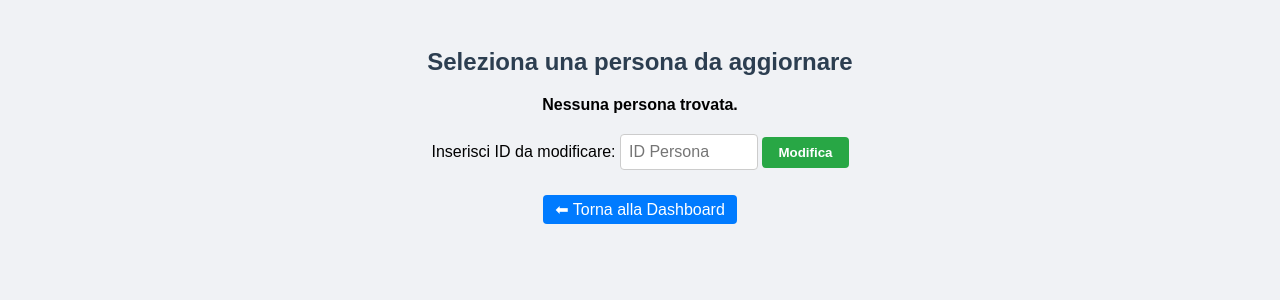
Repository: PcarloP/java_se
Page: http://localhost/anagraficaweb/update
These files come from the project's save history. The page is drawn as it stood at one moment and after the next save; the edit follows.
The browser window is 1280 px wide. The pictures show the whole page.
The page is served by Tomcat 10. Other server files are loaded and not shown. Queries for data that is not in the repository find no rows.

Above is the page before, as saved 2025-06-22 21:59:00.

### anagraficaweb/WebContent/updatesetter.jsp
<%@ page language="java" contentType="text/html; charset=UTF-8" import="java.util.List, it.promimpresa.anagrafica.modello.Persona" %>
<!DOCTYPE html>
<html lang="it">
<head>
    <meta charset="UTF-8">
    <title>Lista Persone da Aggiornare</title>
    <style>
        body {
            font-family: Arial, sans-serif;
            background-color: #f0f2f5;
            padding: 20px;
        }
        h2 {
            text-align: center;
            color: #2c3e50;
        }
        table {
            margin: auto;
            width: 80%;
            border-collapse: collapse;
            background-color: #fff;
            box-shadow: 0 0 8px rgba(0,0,0,0.1);
        }
        th, td {
            padding: 12px;
            border: 1px solid #ddd;
            text-align: center;
        }
        th {
            background-color: #007bff;
            color: white;
        }
        a.button {
            padding: 6px 12px;
            background-color: #007bff;
            color: white;
            border-radius: 4px;
            text-decoration: none;
        }
        a.button:hover {
            background-color: #0056b3;
        }
        form#modificaForm {
            text-align: center;
            margin: 20px auto;
        }
        form#modificaForm input[type="text"] {
            padding: 8px;
            width: 120px;
            border-radius: 4px;
            border: 1px solid #ccc;
            font-size: 1em;
        }
        form#modificaForm button {
            padding: 8px 16px;
            background-color: #28a745;
            color: white;
            border: none;
            border-radius: 4px;
            font-weight: bold;
            cursor: pointer;
        }
        form#modificaForm button:hover {
            background-color: #218838;
        }
        .back-button {
            text-align: center;
            margin-top: 30px;
        }
    </style>
</head>
<body>

<h2>Seleziona una persona da aggiornare</h2>

<%
    List<Persona> persone = (List<Persona>) request.getAttribute("persone");
    if (persone != null && !persone.isEmpty()) {
%>
    <table>
        <thead>
            <tr>
                <th>ID</th>
                <th>Nome</th>
                <th>Cognome</th>
                <th>Codice Fiscale</th>
                <th>Data Nascita</th>
                <th>Modifica</th>
            </tr>
        </thead>
        <tbody>
        <%
            for (Persona p : persone) {
        %>
            <tr>
                <td><%= p.getId() %></td>
                <td><%= p.getNome() %></td>
                <td><%= p.getCognome() %></td>
                <td><%= p.getCF() %></td>
                <td><%= p.getDataNascita() %></td>
                <td>
                    <a class="button" href="<%=request.getContextPath()%>/update?id=<%= p.getId() %>">Modifica</a>
                </td>
            </tr>
        <%
            }
        %>
        </tbody>
    </table>
<%
    } else {
%>
    <p style="text-align: center; font-weight: bold;">Nessuna persona trovata.</p>
<%
    }
%>

<form id="modificaForm" action="<%=request.getContextPath()%>/update" method="get">
    <label for="id">Inserisci ID da modificare:</label>
    <input type="text" id="id" name="id" required placeholder="ID Persona" />
    <button type="submit">Modifica</button>
</form>

<div class="back-button">
    <a class="button" href="<%=request.getContextPath()%>/dashboard.jsp">⬅ Torna alla Dashboard</a>
</div>

</body>
</html>

### anagraficaweb/src/main/java/it/promimpresa/anagrafica/controllo/Update.java
package it.promimpresa.anagrafica.controllo;

import jakarta.servlet.ServletException;
import jakarta.servlet.annotation.WebServlet;
import jakarta.servlet.http.HttpServlet;
import jakarta.servlet.http.HttpServletRequest;
import jakarta.servlet.http.HttpServletResponse;
import java.io.IOException;
import java.time.LocalDate;
import java.time.LocalDateTime;
import java.time.format.DateTimeParseException;
import java.util.List;

import it.promimpresa.anagrafica.modello.Persona;
import it.promimpresa.anagrafica.persistenza.DAOException;
import it.promimpresa.anagrafica.persistenza.persistenza.impl.PersonaDAOImpl;

/**
 * Servlet implementation class Update
 */
@WebServlet("/update")
public class Update extends HttpServlet {
	private static final long serialVersionUID = 1L;
	private static PersonaDAOImpl personaDAO = new PersonaDAOImpl();

    /**
     * @see HttpServlet#HttpServlet()
     */
    public Update() {
        super();
        // TODO Auto-generated constructor stub
    }

	/**
	 * @see HttpServlet#doGet(HttpServletRequest request, HttpServletResponse response)
	 */
	protected void doGet(HttpServletRequest request, HttpServletResponse response) throws ServletException, IOException {

		String idParam = request.getParameter("id");
		 try {
	            if (idParam == null) {
	                // Nessun ID: mostra l'elenco delle persone da modificare
	                List<Persona> persone = personaDAO.findAll();
	                request.setAttribute("persone", persone);
	                request.getRequestDispatcher("/updatesetter.jsp").forward(request, response);
	            } else {
	                // Con ID: carica la persona specifica e mostra la pagina con form di modifica
	                int id = Integer.parseInt(idParam);
	                Persona persona = personaDAO.findById(id);

	                if (persona != null) {
	                    request.setAttribute("persone", personaDAO.findAll()); // per mostrare sempre la lista
	                    request.setAttribute("persona", persona);
	                    request.getRequestDispatcher("/updatesetter.jsp").forward(request, response);
	                } else {
	                    request.setAttribute("messaggio", "Persona con ID " + id + " non trovata.");
	                    request.setAttribute("persone", personaDAO.findAll());
	                    request.getRequestDispatcher("/updatesetter.jsp").forward(request, response);
	                }
	            }
	        } catch (DAOException | NumberFormatException e) {
	            request.setAttribute("messaggio", "Errore durante il caricamento dei dati.");
	            request.getRequestDispatcher("/dashboard.jsp").forward(request, response);
	        }
		}








	/**
	 * @see HttpServlet#doPost(HttpServletRequest request, HttpServletResponse response)
	 */
	protected void doPost(HttpServletRequest request, HttpServletResponse response) throws ServletException, IOException {

		 try {
	            String idParam = request.getParameter("id");
	            String nome = request.getParameter("nome");
	            String cognome = request.getParameter("cognome");
	            String cf = request.getParameter("cf");
	            String dataNascitaParam = request.getParameter("dataNascita");

	            if (idParam == null || idParam.isEmpty()) {
	                request.setAttribute("messaggio", "ID persona mancante per l'aggiornamento.");
	                doGet(request, response);
	                return;
	            }

	            int id = Integer.parseInt(idParam);
	            Persona persona = personaDAO.findById(id);

	            if (persona == null) {
	                request.setAttribute("messaggio", "Persona con ID " + id + " non trovata.");
	                doGet(request, response);
	                return;
	            }

	            // Aggiorna i dati
	            persona.setNome(nome);
	            persona.setCognome(cognome);
	            persona.setCF(cf);

	            if (dataNascitaParam != null && !dataNascitaParam.isEmpty()) {
	                try {
	                    LocalDate dataNascita = LocalDate.parse(dataNascitaParam);
	                    persona.setDataNascita(dataNascita.atStartOfDay());
	                } catch (DateTimeParseException e) {
	                    request.setAttribute("messaggio", "Data di nascita non valida, ignorata.");
	                }
	            } else {
	                persona.setDataNascita(null);
	            }

	            // Aggiorna nel DB
	            personaDAO.update(persona);

	            request.setAttribute("messaggio", "Persona aggiornata con successo!");
	        } catch (DAOException | NumberFormatException e) {
	            request.setAttribute("messaggio", "Errore durante l'aggiornamento.");
	        }

	        // Dopo l’aggiornamento ricarica la lista senza form di modifica
	        try {
	            List<Persona> persone = personaDAO.findAll();
	            request.setAttribute("persone", persone);
	        } catch (DAOException e) {
	            request.setAttribute("messaggio", "Errore nel caricamento della lista dopo aggiornamento.");
	        }
	        request.getRequestDispatcher("/updatesetter.jsp").forward(request, response);
	    }
}

### anagraficaweb/src/main/java/it/promimpresa/anagrafica/persistenza/DataSource.java
package it.promimpresa.anagrafica.persistenza;

import java.sql.DriverManager;
import java.sql.SQLException;

import com.sun.jdi.connect.spi.Connection;

public class DataSource {

	private static final String URL = "jdbc:mysql://localhost:3306/anagrafica_db";
	private static final String USER = "root";
	private static final String PASSWORD = "";
	private static final String DRIVER = "com.mysql.cj.jdbc.Driver";

	static {
		try {
			Class.forName(DRIVER);
		} catch (ClassNotFoundException e) {
			System.out.println(e.getMessage());
		}
	}

	public static java.sql.Connection getConnection() throws SQLException {
		return DriverManager.getConnection(URL, USER, PASSWORD);
	}
}

### anagraficaweb/src/main/java/it/promimpresa/anagrafica/persistenza/DBUtil.java
package it.promimpresa.anagrafica.persistenza;

import java.sql.*;

public class DBUtil {

	private DBUtil() {
	}

	public static void close(ResultSet rs) {
		try {
			if (rs != null) {
				rs.close();
			}
		} catch (SQLException e) {
			System.out.println(e.getMessage());
		}
	}

	public static void close(PreparedStatement statement) {
		try {
			if (statement != null) {
				statement.close();
			}
		} catch (SQLException e) {
			System.out.println(e.getMessage());
		}
	}

	public static void close(Connection connection) {
		try {
			if (connection != null) {
				connection.close();
			}
		} catch (SQLException e) {
			System.out.println(e.getMessage());
		}
	}

}

After the next save:
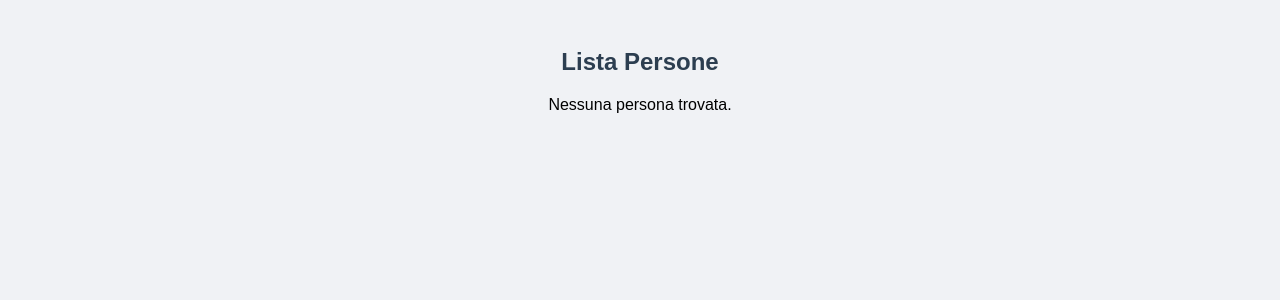
Saved 4 min 22 s later.
--- a/anagraficaweb/WebContent/updatesetter.jsp
+++ b/anagraficaweb/WebContent/updatesetter.jsp
@@ -2,8 +2,8 @@
 <!DOCTYPE html>
 <html lang="it">
 <head>
-    <meta charset="UTF-8">
-    <title>Lista Persone da Aggiornare</title>
+    <meta charset="UTF-8" />
+    <title>Aggiorna Persona</title>
     <style>
         body {
             font-family: Arial, sans-serif;
@@ -36,94 +36,108 @@
             color: white;
             border-radius: 4px;
             text-decoration: none;
+            cursor: pointer;
         }
         a.button:hover {
             background-color: #0056b3;
         }
-        form#modificaForm {
-            text-align: center;
-            margin: 20px auto;
+        form.update-form {
+            width: 80%;
+            max-width: 600px;
+            margin: 30px auto;
+            background: white;
+            padding: 20px;
+            border-radius: 8px;
+            box-shadow: 0 0 10px #aaa;
         }
-        form#modificaForm input[type="text"] {
+        form.update-form label {
+            display: block;
+            margin-top: 10px;
+            font-weight: bold;
+        }
+        form.update-form input[type="text"],
+        form.update-form input[type="date"] {
+            width: 100%;
             padding: 8px;
-            width: 120px;
-            border-radius: 4px;
+            margin-top: 5px;
             border: 1px solid #ccc;
-            font-size: 1em;
+            border-radius: 5px;
         }
-        form#modificaForm button {
-            padding: 8px 16px;
+        form.update-form button {
+            margin-top: 20px;
             background-color: #28a745;
+            border: none;
+            padding: 10px 15px;
             color: white;
-            border: none;
-            border-radius: 4px;
             font-weight: bold;
+            border-radius: 5px;
             cursor: pointer;
         }
-        form#modificaForm button:hover {
+        form.update-form button:hover {
             background-color: #218838;
-        }
-        .back-button {
-            text-align: center;
-            margin-top: 30px;
         }
     </style>
 </head>
 <body>
 
-<h2>Seleziona una persona da aggiornare</h2>
+<h2>Lista Persone</h2>
 
 <%
     List<Persona> persone = (List<Persona>) request.getAttribute("persone");
+    Persona personaDaModificare = (Persona) request.getAttribute("persona");
+
     if (persone != null && !persone.isEmpty()) {
 %>
-    <table>
-        <thead>
-            <tr>
-                <th>ID</th>
-                <th>Nome</th>
-                <th>Cognome</th>
-                <th>Codice Fiscale</th>
-                <th>Data Nascita</th>
-                <th>Modifica</th>
-            </tr>
-        </thead>
-        <tbody>
-        <%
-            for (Persona p : persone) {
-        %>
-            <tr>
-                <td><%= p.getId() %></td>
-                <td><%= p.getNome() %></td>
-                <td><%= p.getCognome() %></td>
-                <td><%= p.getCF() %></td>
-                <td><%= p.getDataNascita() %></td>
-                <td>
-                    <a class="button" href="<%=request.getContextPath()%>/update?id=<%= p.getId() %>">Modifica</a>
-                </td>
-            </tr>
-        <%
-            }
-        %>
-        </tbody>
-    </table>
-<%
-    } else {
-%>
-    <p style="text-align: center; font-weight: bold;">Nessuna persona trovata.</p>
-<%
-    }
-%>
+<table>
+    <thead>
+        <tr>
+            <th>ID</th>
+            <th>Nome</th>
+            <th>Cognome</th>
+            <th>Codice Fiscale</th>
+            <th>Data Nascita</th>
+            <th>Modifica</th>
+        </tr>
+    </thead>
+    <tbody>
+    <% for (Persona p : persone) { %>
+        <tr>
+            <td><%= p.getId() %></td>
+            <td><%= p.getNome() %></td>
+            <td><%= p.getCognome() %></td>
+            <td><%= p.getCF() %></td>
+            <td><%= p.getDataNascita() != null ? p.getDataNascita().toLocalDate() : "" %></td>
+            <td>
+                <a class="button" href="<%=request.getContextPath()%>/update?id=<%= p.getId() %>">Modifica</a>
+            </td>
+        </tr>
+    <% } %>
+    </tbody>
+</table>
+<% } else { %>
+    <p style="text-align:center;">Nessuna persona trovata.</p>
+<% } %>
 
-<form id="modificaForm" action="<%=request.getContextPath()%>/update" method="get">
-    <label for="id">Inserisci ID da modificare:</label>
-    <input type="text" id="id" name="id" required placeholder="ID Persona" />
-    <button type="submit">Modifica</button>
-</form>
+<% if (personaDaModificare != null) { %>
+    <h2>Modifica Persona ID: <%= personaDaModificare.getId() %></h2>
+    <form class="update-form" action="<%=request.getContextPath()%>/update" method="post">
+        <input type="hidden" name="id" value="<%= personaDaModificare.getId() %>" />
 
-<div class="back-button">
-    <a class="button" href="<%=request.getContextPath()%>/dashboard.jsp">⬅ Torna alla Dashboard</a>
-</div>
+        <label for="nome">Nome:</label>
+        <input type="text" id="nome" name="nome" value="<%= personaDaModificare.getNome() %>" required />
+
+        <label for="cognome">Cognome:</label>
+        <input type="text" id="cognome" name="cognome" value="<%= personaDaModificare.getCognome() %>" required />
+
+        <label for="cf">Codice Fiscale:</label>
+        <input type="text" id="cf" name="cf" value="<%= personaDaModificare.getCF() %>" required />
+
+        <label for="datanascita">Data di Nascita:</label>
+        <input type="date" id="datanascita" name="dataNascita" value="<%= personaDaModificare.getDataNascita() != null ? personaDaModificare.getDataNascita().toLocalDate() : "" %>" />
+
+        <button type="submit">Salva Modifiche</button>
+    </form>
+<% } %>
 
 </body>
 </html>
